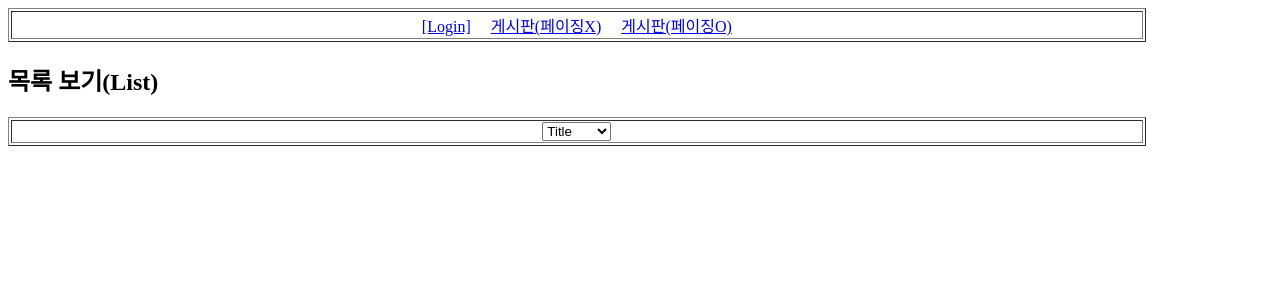
Repository: Jadedvst/Java_JSP-Servlet
Page: http://localhost/MustHaveJSP/10EL/List.jsp
The author's editor kept a copy of each file at every save. The page is drawn from the files as they stood at one save, then again after the next save.
The browser window is 1280 px wide. The pictures show the whole page.
The page is served by Tomcat 10. Other server files are loaded and not shown. Queries for data that is not in the repository find no rows.

Above is the page before, as saved 2023-12-15 08:30:57.

### MustHaveJSP/src/main/webapp/10EL/List.jsp
<%@page import="boardManagement.BoardDTO"%>
<%@page import="java.util.List"%>
<%@page import="java.util.HashMap"%>
<%@page import="java.util.Map"%>
<%@page import="boardManagement.BoardDAO"%>
<%@ page language="java" contentType="text/html; charset=UTF-8"
    pageEncoding="UTF-8"%>
<%
BoardDAO dao = new BoardDAO(application);

// 사용자의 입력 검색 조건을 Map에 저장
Map<String,Object> param = new HashMap<>();

String searchField = request.getParameter("searchField");
String searchWord = request.getParameter("searchWord");

if (searchWord!=null){
	param.put("searchField",searchField);
	param.put("searchWord",searchWord);
}
try{
	int totalCnt = dao.selectCount(param);
	List<BoardDTO> boardLists = dao.selectList(param);
}catch(Exception e){
	e.getMessage();
}finally{
dao.close();
}

%>
<!DOCTYPE html>
<html>
<head>
<meta charset="UTF-8">
<title>회원제 게시판</title>
</head>
<body>
	<jsp:include page = "../Common/Link.jsp"/>
	<h2>목록 보기(List)</h2>
	<form method="get">
		<table border="1" width="90%">
		<tr>
			<td align="center">
				<select name="searchField">
					<option value="title">Title</option>
					<option value="content">Content</option>
				</select>
		</tr>
		</table>
	</form>
</body>
</html>

### MustHaveJSP/src/main/webapp/Common/Link.jsp
<%@ page language="java" contentType="text/html; charset=UTF-8"
    pageEncoding="UTF-8"%>
	<table border="1" width="90%">
		<tr>
			<td align="center">
<%-- 		<% if (session.getAttribute("member")==null){ %> --%>
			<% if (session.getAttribute("UserId")==null){ %>
				<a href="../06Session/LoginForm.jsp">[Login]</a>
			<% } else { %>
				<a href="../06Session/Logout.jsp">[Logout]</a>
			<% }%>
			<!-- 공백 확보용 특수 문자 -->
				&nbsp;&nbsp;&nbsp;
				<a href="../08Board/List.jsp">게시판(페이징X)</a>
				&nbsp;&nbsp;&nbsp;
				<a href="../09PagingBoard/List.jsp">게시판(페이징O)</a>
			</td>
		</tr>
	</table>

### MustHaveJSP/src/main/java/boardManagement/BoardDAO.java
package boardManagement;
import java.sql.PreparedStatement;
import java.sql.ResultSet;
import java.sql.Statement;
import java.util.List;
import java.util.Map;
import java.util.Vector;

import common.JDBConnect;
import jakarta.servlet.ServletContext;




public class BoardDAO extends JDBConnect {

	public BoardDAO(String drv,String url, String id,String pw) {
		super(drv,url,id,pw);
	}

	public BoardDAO(ServletContext application) {
		super(application);
	}

	//검색 조건에 맞는 게시물의 갯수 반환
	public int selectCount(Map<String,Object> map) {
		int totalCnt =0; //게시물 수

		Statement st = null;
		ResultSet rs = null;

		String query = "SELECT COUNT(*) FROM board ";
		if(map.get("searchWord")!=null) {
			query+=" WHERE "+map.get("searchField") + " "
					+" LIKE '%" +map.get("searchWord") + "%'";
		}

		try {
			st = getCon().createStatement();
			rs = st.executeQuery(query);
			rs.next();
			totalCnt = rs.getInt(1);
		}catch(Exception e) {
			System.out.println("게시물 수 구하는 중 예외 발생");
			e.printStackTrace();
		}
		return totalCnt;
	}

	public List<BoardDTO> selectList(Map<String,Object> map) {
		List<BoardDTO> bbs = new Vector<>();

		Statement st = null;
		ResultSet rs = null;

		String query = "SELECT * FROM board ";

			if(map.get("searchWord")!=null) {
				query+=" WHERE "+map.get("searchField") + " "
						+" LIKE '%" +map.get("searchWord") + "%'";
			}

				query +=" ORDER BY num DESC ";

		try {
			st = getCon().createStatement();
			rs = st.executeQuery(query);
			while(rs.next()) {
				BoardDTO dto = new BoardDTO();
				dto.setNum(rs.getInt(1));
				dto.setTitle(rs.getString(2));
				dto.setContent(rs.getString(3));
				dto.setId(rs.getString(4));
				dto.setPostdate(rs.getDate(5));
				dto.setVisitcount(rs.getInt(6));

				bbs.add(dto);
			}

		}catch(Exception e) {
			System.out.println("게시물 조회 중 예외 발생");
			e.printStackTrace();
		}
		return bbs;
	}

	public List<BoardDTO> selectListPage(Map<String,Object> map) {
		//게시물 목록을 담을 변수
		List<BoardDTO> bbs = new Vector<>();

		PreparedStatement ps = null;
		ResultSet rs = null;

		String query = "SELECT * FROM ( "
					 + "	SELECT Tb.*, ROWNUM rNum FROM ( "
					 + "		SELECT * FROM board ";

			if(map.get("searchWord")!=null) {
				query+=" WHERE "+map.get("searchField")
					  +" LIKE '%" +map.get("searchWord") + "%' ";
			}

				query +="		ORDER BY num DESC "
					  + "	) Tb "
					  + " ) "
					  + "WHERE rNum BETWEEN ? AND ?";

		try {
			ps = getCon().prepareStatement(query);
			ps.setString(1,map.get("start").toString());
			ps.setString(1,map.get("end").toString());
			rs = ps.executeQuery();

			while(rs.next()) {
				BoardDTO dto = new BoardDTO();
				dto.setNum(rs.getInt(1));
				dto.setTitle(rs.getString(2));
				dto.setContent(rs.getString(3));
				dto.setId(rs.getString(4));
				dto.setPostdate(rs.getDate(5));
				dto.setVisitcount(rs.getInt(6));

				bbs.add(dto);
			}

		}catch(Exception e) {
			System.out.println("게시물 조회 중 예외 발생");
			e.printStackTrace();
		}
		return bbs;
	}

	//지정 게시물 조건에 맞는 내용 반환
		public BoardDTO selectView(int num) {
			BoardDTO dto = null;
			PreparedStatement ps = null;
			ResultSet rs = null;

			String query = "SELECT b.*,m.name "
					+ " FROM member m INNER JOIN board b "
					+ " ON m.id = b.id "
					+ " WHERE num=?";
			try {
				ps = getCon().prepareStatement(query);
				ps.setInt(1, num);
				rs = ps.executeQuery();
				while(rs.next()) {
					dto = new BoardDTO();
					dto.setNum(rs.getInt(1));
					dto.setTitle(rs.getString(2));
					dto.setContent(rs.getString(3));
					dto.setId(rs.getString(4));
					dto.setPostdate(rs.getDate(5));
					dto.setVisitcount(rs.getInt(6));
					dto.setName(rs.getString(7));
				}

			}catch(Exception e) {
				System.out.println("게시물 조회 중 예외 발생");
				e.printStackTrace();
			}
			return dto;
		}

	public void updateVisitCount(int num) {
		String query = "UPDATE board "
				+ " SET visitcount = visitcount+1 "
				+ " WHERE num=?";
		PreparedStatement ps = null;
		try {
			ps = getCon().prepareStatement(query);
			ps.setInt(1, num);
			ps.executeUpdate();
//			ps.executeQuery();

		}catch(Exception e) {
			System.out.println("게시물 입력 중 예외 발생 ("+e.getMessage()+")");
			e.printStackTrace();
		}finally {
			try {
				if(ps!=null) ps.close();
			}catch(Exception e) {
				e.printStackTrace();
			}
		}
	}
	public int insertWrite(BoardDTO dto) {
		int result = 0;

		String query = "INSERT INTO board(title,content,id,visitcount) Values ("
				+ "?,?,?,0)";
		PreparedStatement ps = null;

		try {
			ps = getCon().prepareStatement(query);
			ps.setString(1, dto.getTitle());
			ps.setString(2, dto.getContent());
			ps.setString(3, dto.getId());

			result = ps.executeUpdate();

		}catch(Exception e) {
			System.out.println("게시물 입력 중 예외 발생 ("+e.getMessage()+")");
			e.printStackTrace();
			return 0;
		}finally {
			try {
				if(ps!=null) ps.close();
			}catch(Exception e) {
				e.printStackTrace();
			}
		}
		return result;
	}

	public int updateEdit(BoardDTO dto) {
		String query = "UPDATE board "
				+ " SET title =?,content=? "
				+ " WHERE num=?";
		PreparedStatement ps = null;
		int result =0;
		try {
			ps = getCon().prepareStatement(query);
			ps.setString(1, dto.getTitle());
			ps.setString(2, dto.getContent());
			ps.setInt(3, dto.getNum());

			result = ps.executeUpdate();

		}catch(Exception e) {
			System.out.println("게시물 입력 중 예외 발생 ("+e.getMessage()+")");
			e.printStackTrace();
		}finally {
			try {
				if(ps!=null) ps.close();
			}catch(Exception e) {
				e.printStackTrace();
			}
		}
		return result;
	}

	public int deletePost(BoardDTO dto) {
		String query = "DELETE FROM board "
				+ " WHERE num=?";
		PreparedStatement ps = null;
		int result =0;
		try {
			ps = getCon().prepareStatement(query);
			ps.setInt(1, dto.getNum());

			result = ps.executeUpdate();

		}catch(Exception e) {
			System.out.println("게시물 입력 중 예외 발생 ("+e.getMessage()+")");
			e.printStackTrace();
		}finally {
			try {
				if(ps!=null) ps.close();
			}catch(Exception e) {
				e.printStackTrace();
			}
		}
		return result;
	}

	public int insertBoardDTO(String utitle, String ucontent, String uid) {
		String query = "INSERT INTO board(title,content,id) Values (?,?,?)";

		PreparedStatement ps = null;

		try {
			ps = getCon().prepareStatement(query);
			ps.setString(1, utitle);
			ps.setString(2, ucontent);
			ps.setString(3, uid);
			ps.executeUpdate();

		}catch(Exception e) {
			e.printStackTrace();
			return 0;
		}finally {
			try {
				if(ps!=null) ps.close();
			}catch(Exception e) {
				e.printStackTrace();
			}
		}
		return 1;
	}
	public BoardDTO getBoardDTO(String utitle, String ucontent, String uid) {
		String query = "SELECT * FROM member WHERE title=? AND content=? AND id=?";
		BoardDTO dto = null;
		PreparedStatement ps = null;
		ResultSet rs = null;

		try {
			ps = getCon().prepareStatement(query);
			ps.setString(1, utitle);
			ps.setString(2, ucontent);
			ps.setString(3, uid);
			rs = ps.executeQuery();

			while(rs.next()) {
				dto = new BoardDTO();
				dto.setNum(rs.getInt(1));
				dto.setTitle(rs.getString(2));
				dto.setContent(rs.getString(3));
				dto.setId(rs.getString(4));
				dto.setPostdate(rs.getDate(5));
				dto.setVisitcount(rs.getInt(6));
			}
		}catch(Exception e) {
			e.printStackTrace();
		}finally {
			try {
				if(ps!=null) ps.close();
				if(rs!=null) rs.close(); //실패시 rs값이 null이기에 닫을때 에러
										 //예외 발생시 못닫을수 있기에 trycatch로 감싸는것이 좋다
			}catch(Exception e) {
				e.printStackTrace();
			}
		}
		return dto;
	}
}

After the next save:
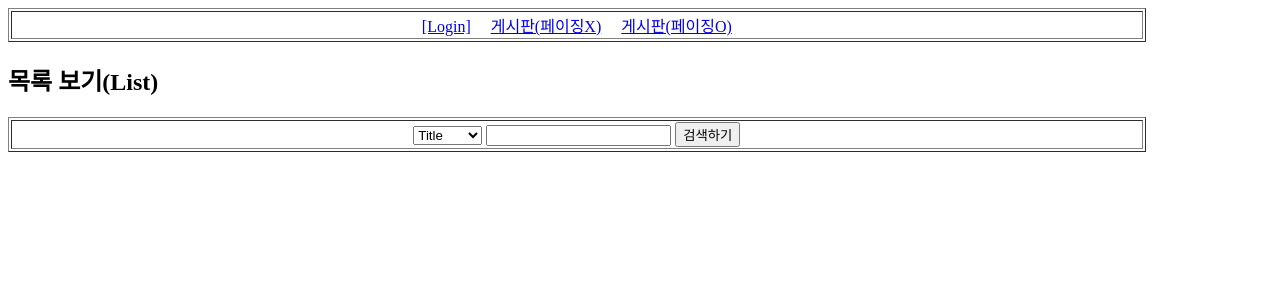
Saved 2 min 7 s later.
--- a/MustHaveJSP/src/main/webapp/10EL/List.jsp
+++ b/MustHaveJSP/src/main/webapp/10EL/List.jsp
@@ -45,6 +45,9 @@ dao.close();
 					<option value="title">Title</option>
 					<option value="content">Content</option>
 				</select>
+				<input type="text" id="searchWord" name="searchWord">
+				<input type="submit" value="검색하기"><br/>
+			</td>
 		</tr>
 		</table>
 	</form>
